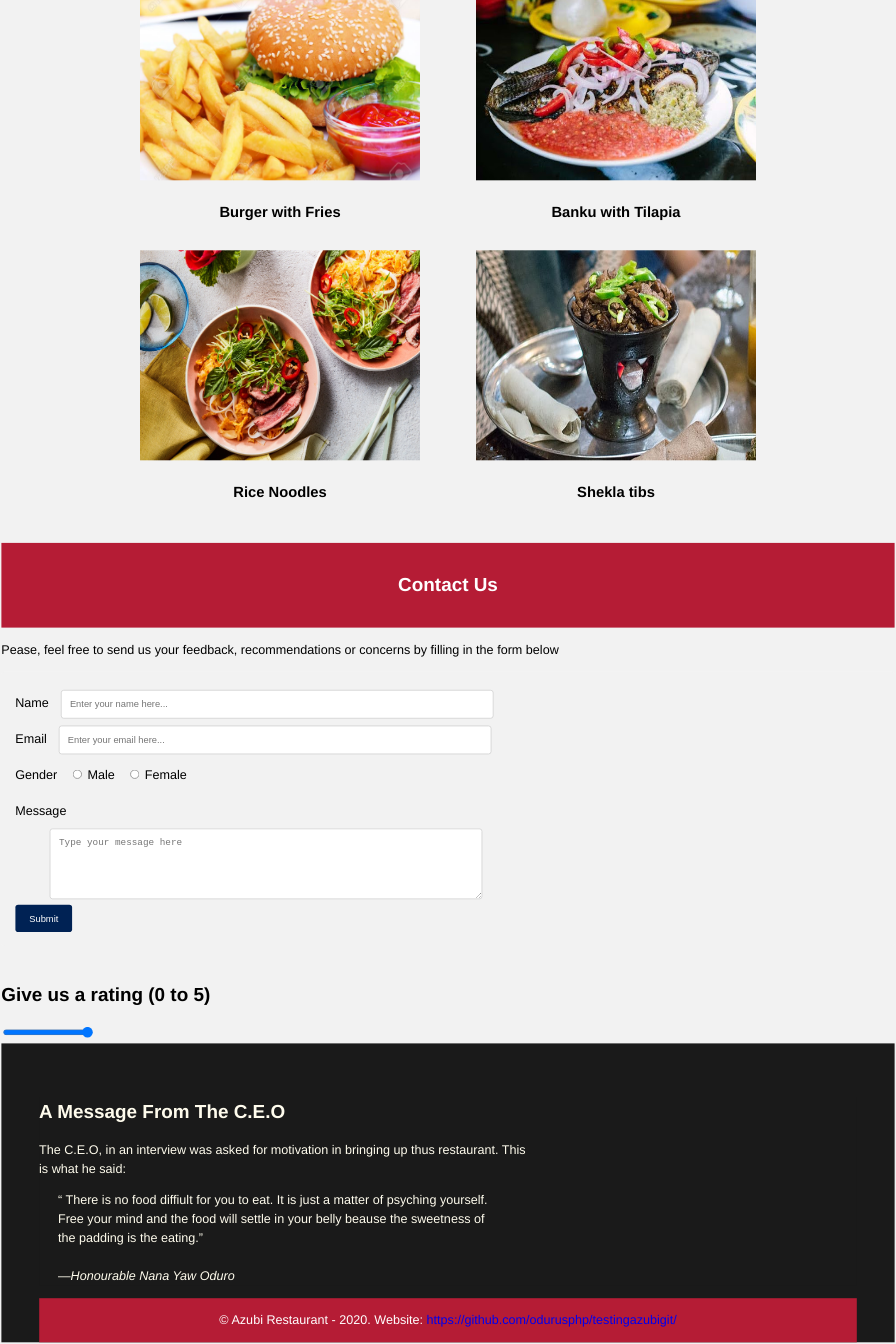
Repository: odurusphp/testingazubigit
Page: Fortune/FortunatusWulnye.html
An editor plug-in stored every save of this project. The page is shown before and after the next save, followed by the edit.
The browser window is 1280 px wide. The pictures show the part of the page from y = 2711 to 4631 px (the page is 4631 px tall), at 70% of full size.

Above is the page before, as saved 2020-08-05 21:53:06.

### Fortune/FortunatusWulnye.html
<!--COMMENTS THAT ARE MINE ARE WRITTEN IN CAPITAL LETTERS-->
<!--THE GENERAL STRUCTURE OF THE PAGE IS GOOD WITH THE INDENTATION TOO-->
<!--THE CLASSES THAT YOU IMPLEMENTED TOO ARE GREAT KEEP IT UP-->
<!DOCTYPE html>
<html lang="en">

<head>

    <meta charset="UTF-8" />
    <meta name="viewport" content="width=device-width, initial-scale=1.0" />
    <title>The Azubi Restaurant</title>
    <meta name="descrition" content="A website for Azubi restaurant">
    <meta name="author" content="Fortunatus Aabangbio Wulnye">
    <link rel="stylesheet" href="css/style.css">

</head>

<body>

    <header class="main-header">
        <div class="brand">
            <h1 class="site-title"><a href="#">THE AZUBI RESTAURANT</a></h1>
        </div>
    </header>

    <main class="main-container">
        <section class="about-main">

            <aside class="about-text">
                <div class="about-header">
                    <h2>About the restaurant</h2>
                </div>
                <p>
                    The Azubi Restaurant is a German-based restaurant which provides
                    it's customers with both <br />
                    local and continental dishes. It's headquarters is in Bielefeld in
                    Germany. Lorem ipsum dolor sit amet consectetur adipisicing elit. Libero quibusdam pariatur iste
                    assumenda iure laudantium placeat deserunt soluta neque voluptatum eaque, vitae magni ab ullam
                    consequatur reprehenderit harum modi esse.
                </p>
            </aside>

            <div class="about-fig">
                <p>The image below is an interior view of the restaurant with a caption.</p>
                <figure>
                    <img src="images/FortununatusWulnyeRestaurant.jpg" alt="Azubi Restaurant" /> <br>
                    <figcaption>The Azubi Restaurant</figcaption>
                </figure>
            </div>

        </section>

        <section class="main-branches">
            <div class="branches-header">
                <h2>Branches Worldwide</h2>
            </div>

            <div class="branches">
                <p>You will find all the various branches grouped under the countries:</p>
                <dl>
                    <div class="ghana">
                        <figure class="branch-img">
                            <a href="">
                                <img src="images/ghana-flag.png" />
                            </a>
                            <figcaption>
                                <dt class="country">
                                    <h3>Ghana</h3>
                                </dt>
                                <div class="location">
                                    <dd><a href="#">Adenta - Accra</a></dd>
                                    <dd><a href="#">Tishegu - Tamale</a></dd>
                                    <dd><a href="#">Santasi - Kumasi</a></dd>
                                </div>
                            </figcaption>
                        </figure>
                    </div>

                    <div class="ethiopia">
                        <figure class="branch-img">
                            <a href="">
                                <img src="images/ethiopia-flag.jpg" />
                            </a>
                            <figcaption>
                                <dt class="country">
                                    <h3>Ethiopia</h3>
                                </dt>
                                <div class="location">
                                    <dd><a href="#">Sodo</a></dd>
                                    <dd><a href="#">Harar</a></dd>
                                </div>
                            </figcaption>
                        </figure>
                    </div>


                    <div class="afghanistan">
                        <figure class="branch-img">
                            <a href="">
                                <img src="images/afg-flag.png" />
                            </a>
                            <figcaption>
                                <dt class="country">
                                    <h3>Afghanistan</h3>
                                </dt>
                                <div class="location">
                                    <dd><a href="#">Herat</a></dd>
                                    <dd><a href="#">Khost</a></dd>
                                </div>
                            </figcaption>
                        </figure>
                    </div>

                </dl>
            </div>

        </section>

        <section class="menus">
            <h2>Menus Available</h2>
            <p>The Azubi Restaurant provides both local and continental dishes. Some of which include:</p>
            <ul>
                <div class="menu-img">
                    <figure>
                        <a href="#"> <img src="images/jollof.jpg" alt="Jollof Rice with Chicken and Sausage"></a>
                        <figcaption>
                            <li><a href="#">
                                    <h3>Jollof with Chicken & Sausage</h3>
                                </a> </li>
                        </figcaption>
                    </figure>
                </div>
                <div class="menu-img">
                    <figure>
                        <a href="#"> <img src="images/apapransa.jpg" alt="Apapransa"></a>
                        <figcaption>
                            <li><a href="#">
                                    <h3>Apapransa</h3>
                                </a></li>
                        </figcaption>
                    </figure>
                </div>
                <div class="menu-img">
                    <figure>
                        <a href="#"> <img src="images/burger_with_fries.jpg" alt="Burger with Fries"></a>
                        <figcaption>
                            <li><a href="#">
                                    <h3>Burger with Fries</h3>
                                </a></li>
                        </figcaption>
                    </figure>
                </div>
                <div class="menu-img">
                    <figure>
                        <a href="#"> <img src="images/banku_with_tilapia.jpg" alt="Banku with Tilapia"></a>
                        <figcaption>
                            <li><a href="">
                                    <h3>Banku with Tilapia</h3>
                                </a></li>
                        </figcaption>
                    </figure>
                </div>

                <div class="menu-img">
                    <figure>
                        <a href="#"> <img src="images/Rice-Noodle-Red-Curry-Bowls-with-Steak-and-cabbage.jpg"
                                alt="Rice-Noodle-Red-Curry-Bowls-with-Steak-and-cabbage"></a>
                        <figcaption>
                            <li><a href="">
                                    <h3>Rice Noodles</h3>
                                </a></li>
                        </figcaption>
                    </figure>
                </div>

                <div class="menu-img">
                    <figure>
                        <a href="#"> <img src="images/shekla-tibs.jpg" alt="Sliced meat served in a clay dish"></a>
                        <figcaption>
                            <li><a href="">
                                    <h3>Shekla tibs</h3>
                                </a></li>
                        </figcaption>
                    </figure>
                </div>
            </ul>
        </section>

        <div class="Contact-us">
            <div class="contact-us-header">
                <h2>Contact Us</h2>
            </div>
            <p>Pease, feel free to send us your feedback, recommendations or concerns by filling in the form below</p>
            <div class="form-container">
                <form action="" method="POST">
                    <label for="fname">Name</label>
                    <input type="text" name="fname" placeholder="Enter your name here..." required> <br>

                    <label for="email">Email</label>
                    <input type="text" name="email" placeholder="Enter your email here..." required> <br>

                    <label for="gender">Gender</label>
                    <input type="radio" id="male" value="male">
                    <label for="gender">Male</label>
                    <input type="radio" id="female" value="female">
                    <label for="gender">Female</label> <br>
                    <div class="messsage">
                        <label for="subject">Message</label> <br>
                        <textarea name="message" id="" cols="20" rows="5" placeholder="Type your message here"
                            class="msg"></textarea>
                    </div>

                    <input type="submit" value="Submit" /><br>
                </form>
            </div>

        </div>
        <br>
        <div class="rating">
            <h2>Give us a rating (0 to 5)</h2>
            <div class="slider">
                <input type="range" min="0" max="5" value="50">
            </div>
        </div>

    </main>

    <footer class="footer">
        <div class="ceomessage">
            <h2>A Message From The C.E.O</h2>
            <P>The C.E.O, in an interview was asked for motivation in bringing up thus restaurant. This<br> is what he
                said:
            <blockquote> <q> There is no food diffiult for you to eat. It is just a matter of psyching yourself.<br>
                    Free your mind and the food
                    will settle in your belly beause the sweetness of <br> the padding is the eating.</q><br> <br>
                &mdash;<cite>Honourable Nana Yaw Oduro</cite>
            </blockquote>
            </P>
        </div>

        <div class="footer-link">
            &copy; Azubi Restaurant - 2020. Website: <a
                href="https://github.com/odurusphp/testingazubigit/">https://github.com/odurusphp/testingazubigit/</a>
        </div>
    </footer>

</body>

</html>

### Fortune/css/style.css
* {
  box-sizing: border-box;
}

html {
  font-family: sans-serif;
  -webkit-text-size-adjust: 100%;
  -ms-text-size-adjust: 100%;
  justify-content: center;
  align-items: middle;
}
body {
  margin: 0;
  background-color: hsl(0, 0%, 95%);
  padding: 0.1em;
  font-family: "Source Sans Pro", "Helvetica", Arial, sans-serif;
  font-size: 18px;
  line-height: 1.5;
}

/*--------------------------------------------------------------
Header styles
--------------------------------------------------------------*/

.main-header {
  padding: 1em 0;
  background-color: #002254;
}

.brand {
  /* padding: 70px 0; */
  text-align: center;
  border: "0.5rem solid pink";
}
.site-title a {
  text-decoration: none;
  color: #fff;
}

.about-main {
  display: flex;
}

.about-header {
  text-align: center;
}

.about-text {
  display: flex;
  flex-direction: column;
  justify-content: center;
}

.about-fig {
  display: flex;
  flex-direction: column;
  justify-content: center;
  text-align: center;
}

.about-fig img {
  display: block;
  border: 0;
  width: 80%;
  height: 80%;
}

.main-container {
  border-radius: 2px;
}

.branches-header {
  padding: 0.5em 0.5em;
  background-color: #b51c35;
  text-align: center;
  border: "0.5rem solid pink";
  text-decoration: none;
  color: #fff;
  font-size: 24px;
}

.branches img {
  width: 400px;
  height: 300px;
}

dl {
  display: flex;
  flex-wrap: wrap;
  margin: 3em auto 2em;
  padding: 0;
  justify-content: center;
}

.country h3 {
  text-align: center;
}

dd a {
  text-decoration: none;
  line-height: 1.6em;
  color: #000;
}

dd a:hover {
  color: #002254;
}
dd a:active {
  color: green;
}

.menus::before {
  display: block;
  height: 4em;
  content: "";
  background: #002254 url("../images/square_bg.svg") repeat;
}

.menus h2 {
  text-align: center;
  font-size: 40px;
  font-weight: bold;
}

.menus img {
  width: 400px;
  height: 300px;
}

.menu-img a {
  text-decoration: none;
  text-align: center;
  color: #000;
}

ul {
  display: flex;
  flex-wrap: wrap;
  margin: 3em auto 2em;
  padding: 0;
  justify-content: center;
  list-style: none;
}

.contact-us {
  justify-content: center;
  text-align: center;
}

.contact-us-header {
  background-color: #b51c35;
  text-align: center;
  color: #fff;
  padding: 1em 0;
}
.contact-us aside,
figcaption,
figure,
footer,
header,
main,
section {
  display: block;
}

.form-container {
  border-radius: 5px;
  background-color: #f2f2f2;
  padding: 20px;
}

label {
  padding: 12px 12px 12px 0;
  display: inline-block;
}

input[type="text"],
select,
textarea {
  width: 50%;
  padding: 12px;
  border: 1px solid #ccc;
  border-radius: 4px;
  resize: vertical;
}

input[type="submit"] {
  background-color: #002254;
  color: white;
  padding: 12px 20px;
  border: none;
  border-radius: 4px;
  cursor: pointer;
}

input[type="submit"]:hover {
  background-color: #45a049;
}

.msg {
  margin-left: 4%;
}
a:active,
a:hover {
  outline: 0;
}

b,
strong {
  font-weight: bold;
}

p {
  display: block;
  margin-block-start: 1em;
  margin-block-end: 1em;
  margin-inline-start: 0px;
  margin-inline-end: 0px;
}

h1 {
  font-size: 2em;
  margin: 0.67em 0;
}

input::-moz-focus-inner {
  border: 0;
  padding: 0;
}

blockquote {
  margin: 0 1.5em;
}

.footer {
  padding: 3em 3em 0;
  background: hsl(0, 0%, 10%);
  color: #fffced;
}
.ceomessage {
  background-color: hsl(0, 0%, 10%);
  color: #fffced;
}

.footer-link {
  background-color: #b51c35;
  text-align: center;
  color: #fff;
  padding: 1em 0;
}

.footer-link a {
  text-decoration: none;
}

After the next save:
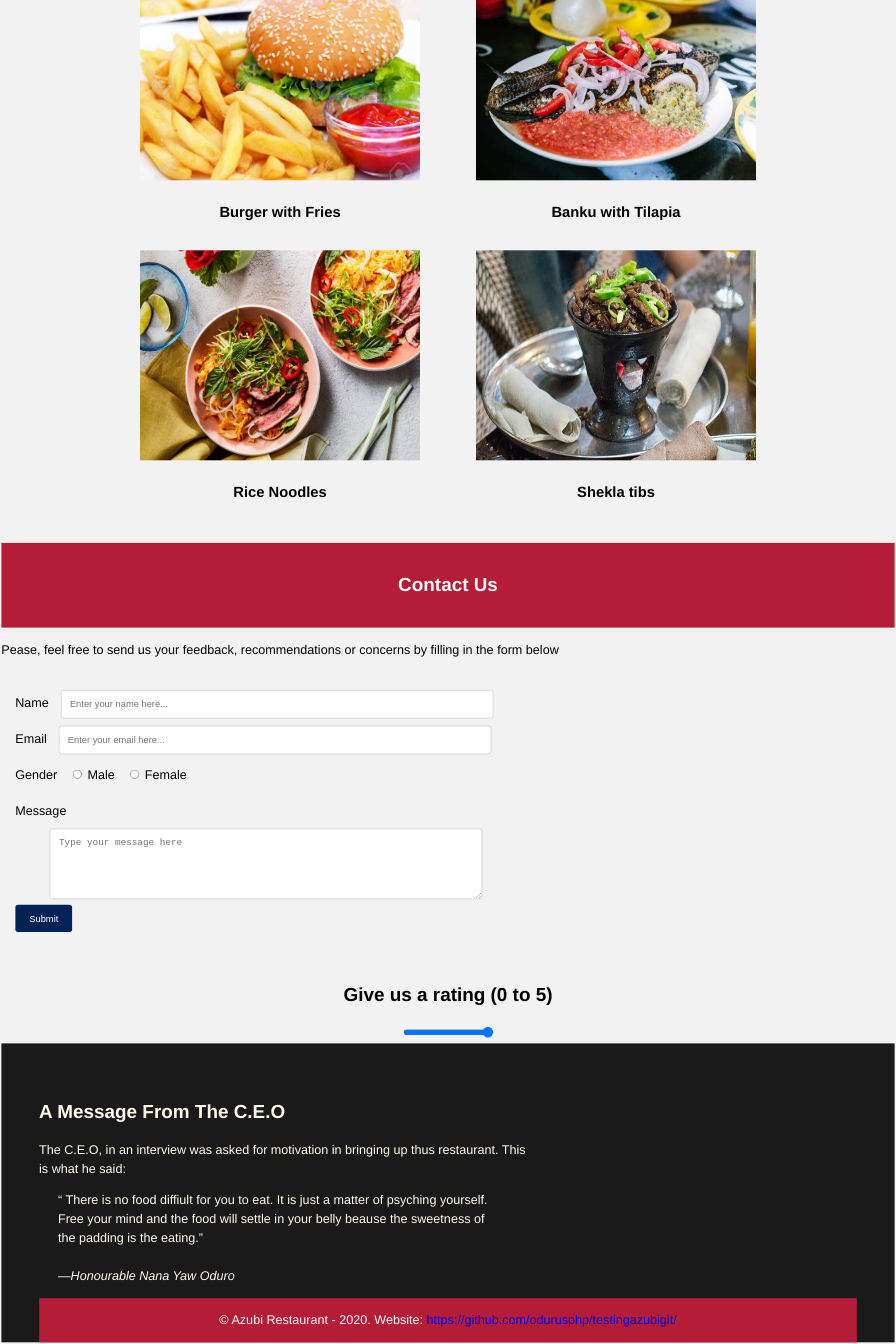
Saved 2 min 19 s later.
--- a/Fortune/css/style.css
+++ b/Fortune/css/style.css
@@ -232,6 +232,9 @@ blockquote {
   margin: 0 1.5em;
 }
 
+.rating {
+  text-align: center;
+}
 .footer {
   padding: 3em 3em 0;
   background: hsl(0, 0%, 10%);
